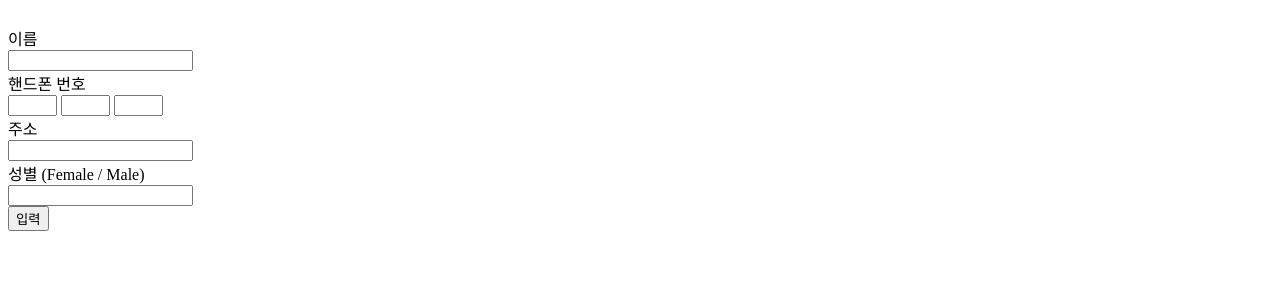
Repository: hm-park-dev/db-hw-project
Page: http://localhost/dbhw/Main/customerInput.jsp
An editor plug-in stored every save of this project. The page is shown before and after the next save, followed by the edit.
The browser window is 1280 px wide. The pictures show the whole page.
The page is served by Tomcat 9. Other server files are loaded and not shown.

Above is the page before, as saved 2020-12-24 13:15:57.

### dbhw/WebContent/Main/customerInput.jsp
<%@ page language="java" contentType="text/html; charset=EUC-KR"
    pageEncoding="EUC-KR"%>
<!DOCTYPE html>
<html>
<head>
<meta charset="EUC-KR">
<title>Customer Input</title>
</head>

<script>
	function Insert()
	{
		var InsertForm = document.customerInsertForm;
		if(!InsertForm.customerName.value) {
			alert("이름을 입력해주세요.");
			InsertForm.customerName.focus();
			return ;
		}

		if(!InsertForm.customerPhone1.value) {
			alert("핸드폰 번호를 입력해주세요.");
			InsertForm.customerPhone1.focus();
			return ;
		}
		if(!InsertForm.customerPhone2.value) {
			alert("핸드폰 번호를 입력해주세요.");
			InsertForm.customerPhone2.focus();
			return ;
		}
		if(!InsertForm.customerPhone3.value) {
			alert("핸드폰 번호를 입력해주세요.");
			InsertForm.customerPhone3.focus();
			return ;
		}

		if(!InsertForm.customerAddress.value) {
			alert("주소를 입력해주세요.");
			InsertForm.customerAddress.focus();
			return ;
		}

		if(!InsertForm.customerGender.value) {
			alert("성별을 입력해주세요.");
			InsertForm.customerGender.focus();
			return ;
		}

		if(!(InsertForm.customerGender.value == "Female" || InsertForm.customerGender.value == "Male")) {
			alert("성별을 형식에 맞게 입력해주세요.");
			InsertForm.customerGender.focus();
			return ;
		}

		InsertForm.submit();
	}
</script>
<body>
	<form name="customerInsertForm" id="customerInsertForm" action="customerInsert.jsp">
		<br>
		이름
		<br>
		<input type="text" name="customerName" id="customerName" maxlength="30">
		<br>
		핸드폰 번호
		<br>
		<input type="text" name="customerPhone1" id="customerPhone1" size="3" maxlength="3">
		<input type="text" name="customerPhone2" id="customerPhone2" size="3" maxlength="3">
		<input type="text" name="customerPhone3" id="customerPhone3" size="3" maxlength="4">
		<br>
		주소
		<br>
		<input type="text" name="customerAddress" id="customerAddress" maxlength="40">
		<br>
		성별 (Female / Male)
		<br>
		<input type="text" name="customerGender" id="customerGender" maxlength="10">
		<br>
	</form>
	<input type="button" value="입력" id="customerInput" OnClick="javascript:Insert();">
</body>
</html>

After the next save:
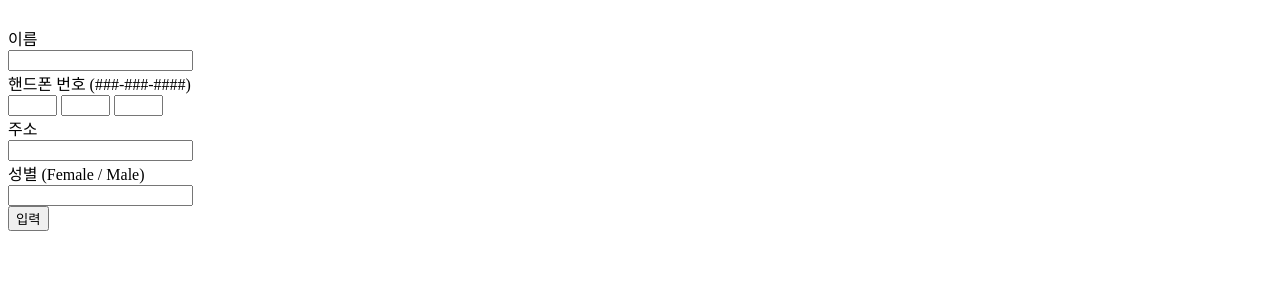
Saved 114 s later.
--- a/dbhw/WebContent/Main/customerInput.jsp
+++ b/dbhw/WebContent/Main/customerInput.jsp
@@ -61,7 +61,7 @@
 		<br>
 		<input type="text" name="customerName" id="customerName" maxlength="30">
 		<br>
-		핸드폰 번호
+		핸드폰 번호 (###-###-####)
 		<br>
 		<input type="text" name="customerPhone1" id="customerPhone1" size="3" maxlength="3">
 		<input type="text" name="customerPhone2" id="customerPhone2" size="3" maxlength="3">
